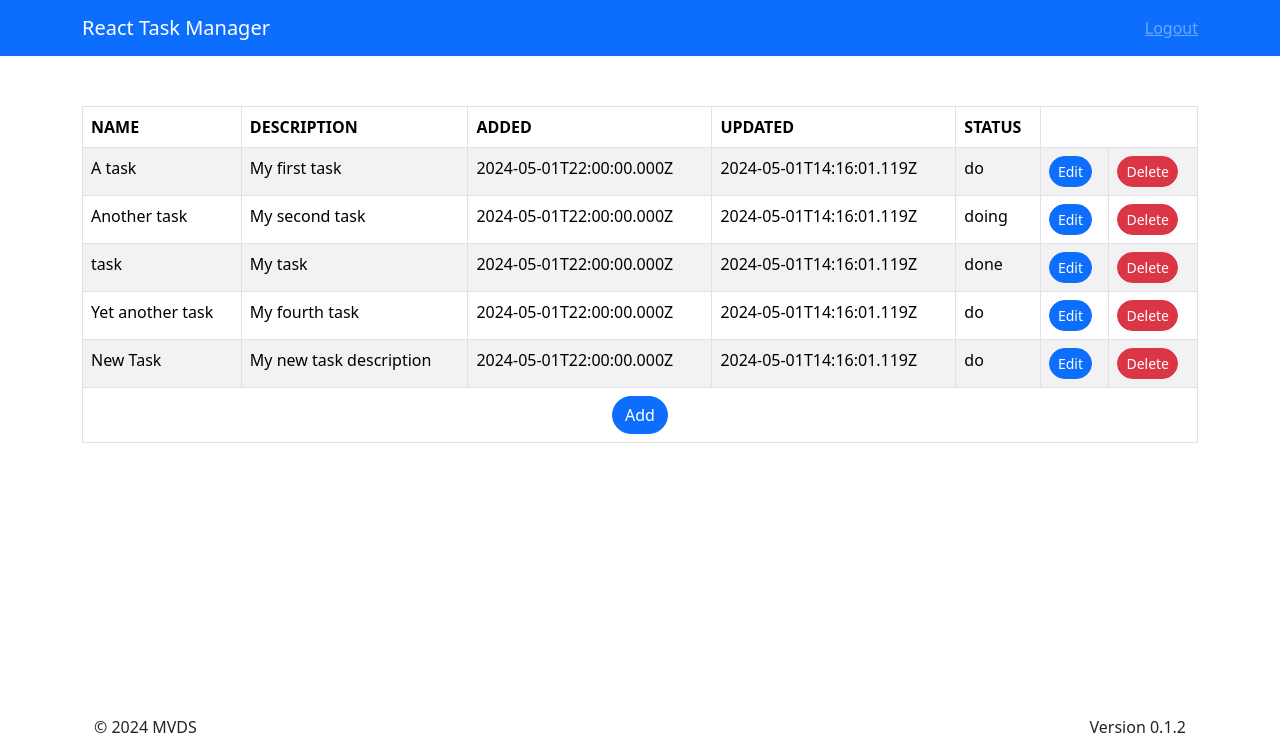
Repository: trider/react-task-manager
Page: /#/tasks
The author's editor kept a copy of each file at every save. The page is drawn from the files as they stood at one save, then again after the next save.
The browser window is 1280 px wide. The pictures show the whole page.
The project was rebuilt for these pictures with package versions that can differ from the ones it lists, and the page was loaded fresh each time. Also part of the build but not shown: src/App.css, src/_data/_Users.js, src/pages/Login.js.

Above is the page before, as saved 2024-05-10 15:57:14.

After the next save:
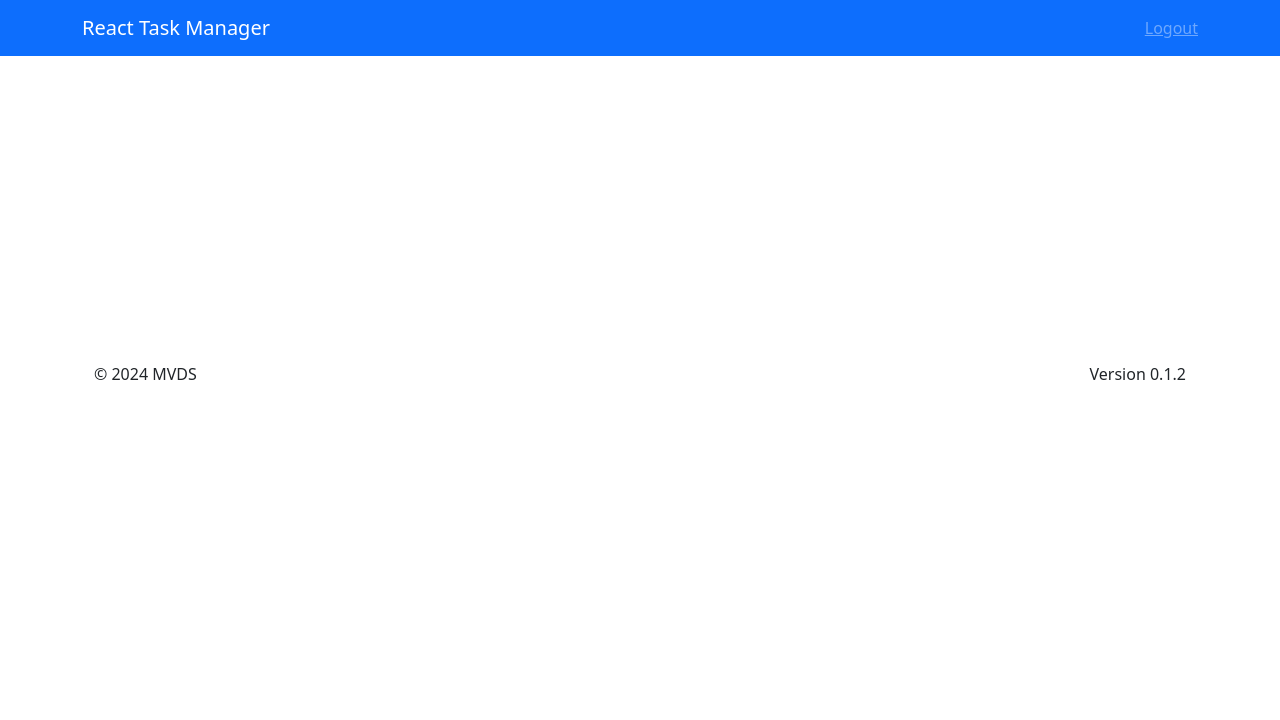
Saved 19 s later.
--- a/src/pages/Task.js
+++ b/src/pages/Task.js
@@ -144,10 +144,6 @@
       <NavbarComponent />
       <Container style={{ marginTop: "50px" }}>
 
-        <div style={{ marginTop: "50px" }}>
-          <TaskTable />
-
-        </div>
 
       </Container>
       <Container style={{ paddingTop: '20%' }} >

After the save that followed:
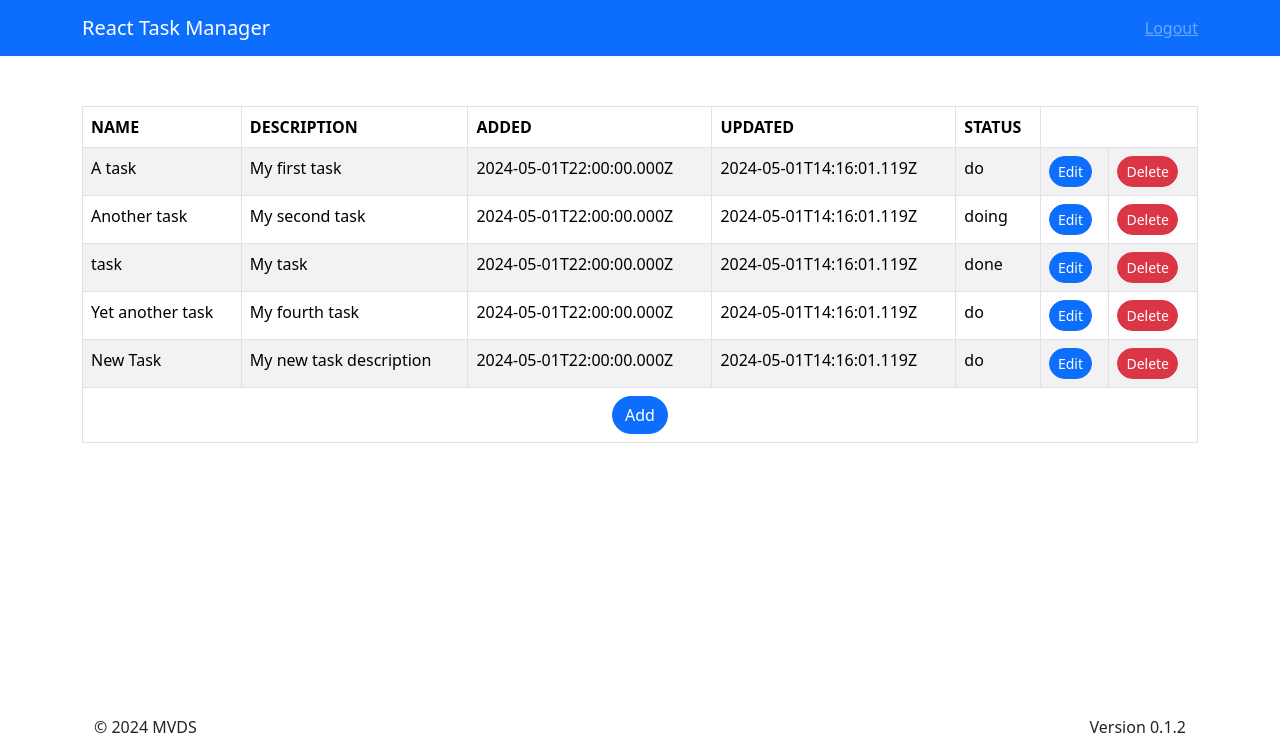
Saved 4 s later.
--- a/src/pages/Task.js
+++ b/src/pages/Task.js
@@ -144,7 +144,7 @@
       <NavbarComponent />
       <Container style={{ marginTop: "50px" }}>
 
-
+        <TaskTable />
       </Container>
       <Container style={{ paddingTop: '20%' }} >
         <Footer />
